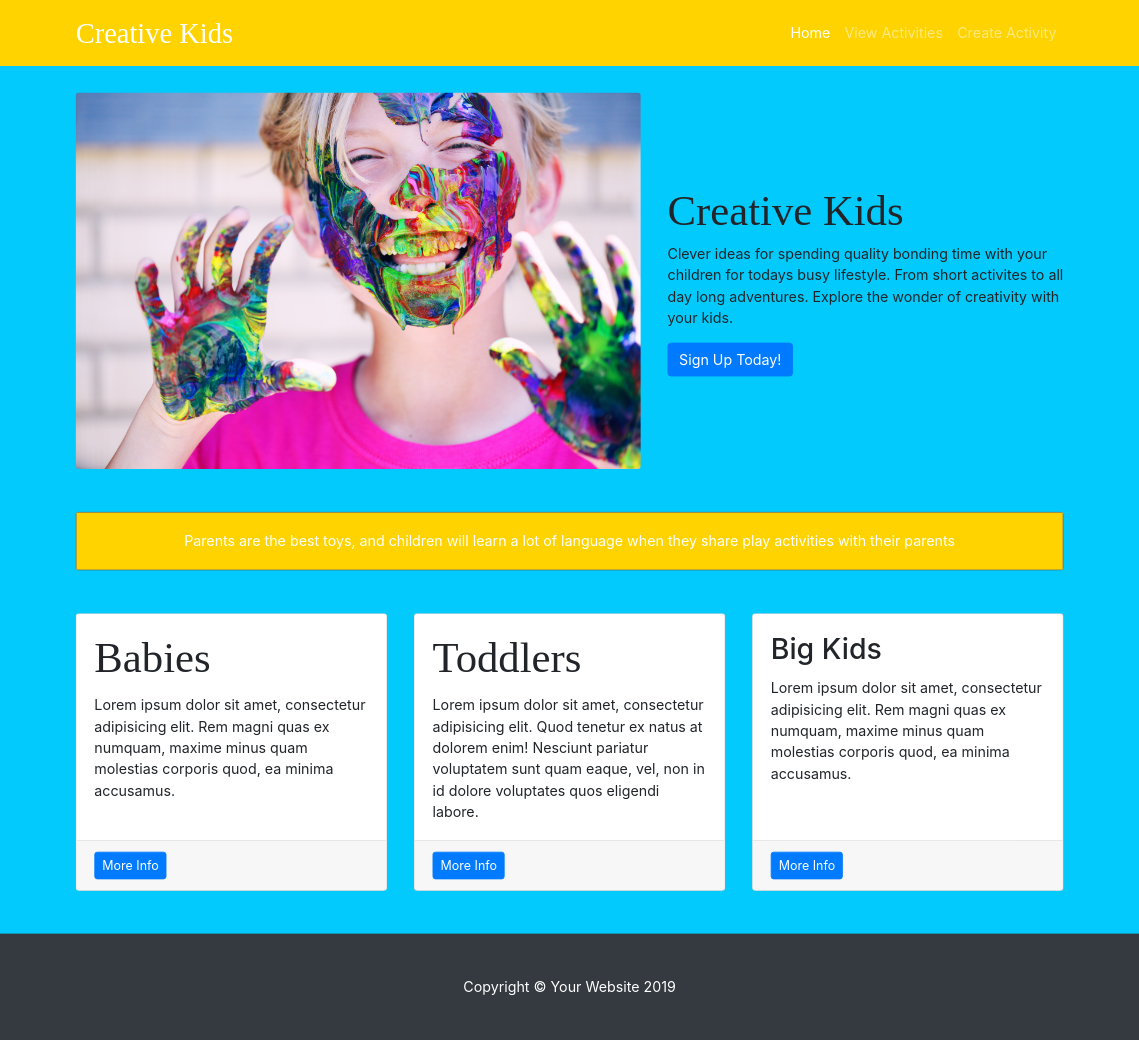
Repository: Neilfoster/milestone_project_3
Page: http://localhost/
The author's editor kept a record of every edit. The page is drawn from the files as they stood at one moment, then again after the next edit.
The browser window is 1280 px wide. The pictures show the whole page, at 89% of full size.
Some web fonts or font styles are not loaded; a fallback is used. Some web libraries are served in a nearby version. The page is served by the project's application, run on Flask 3 (app.py). Queries for data that is not in the repository find no rows.

Above is the page before.

After the next edit:
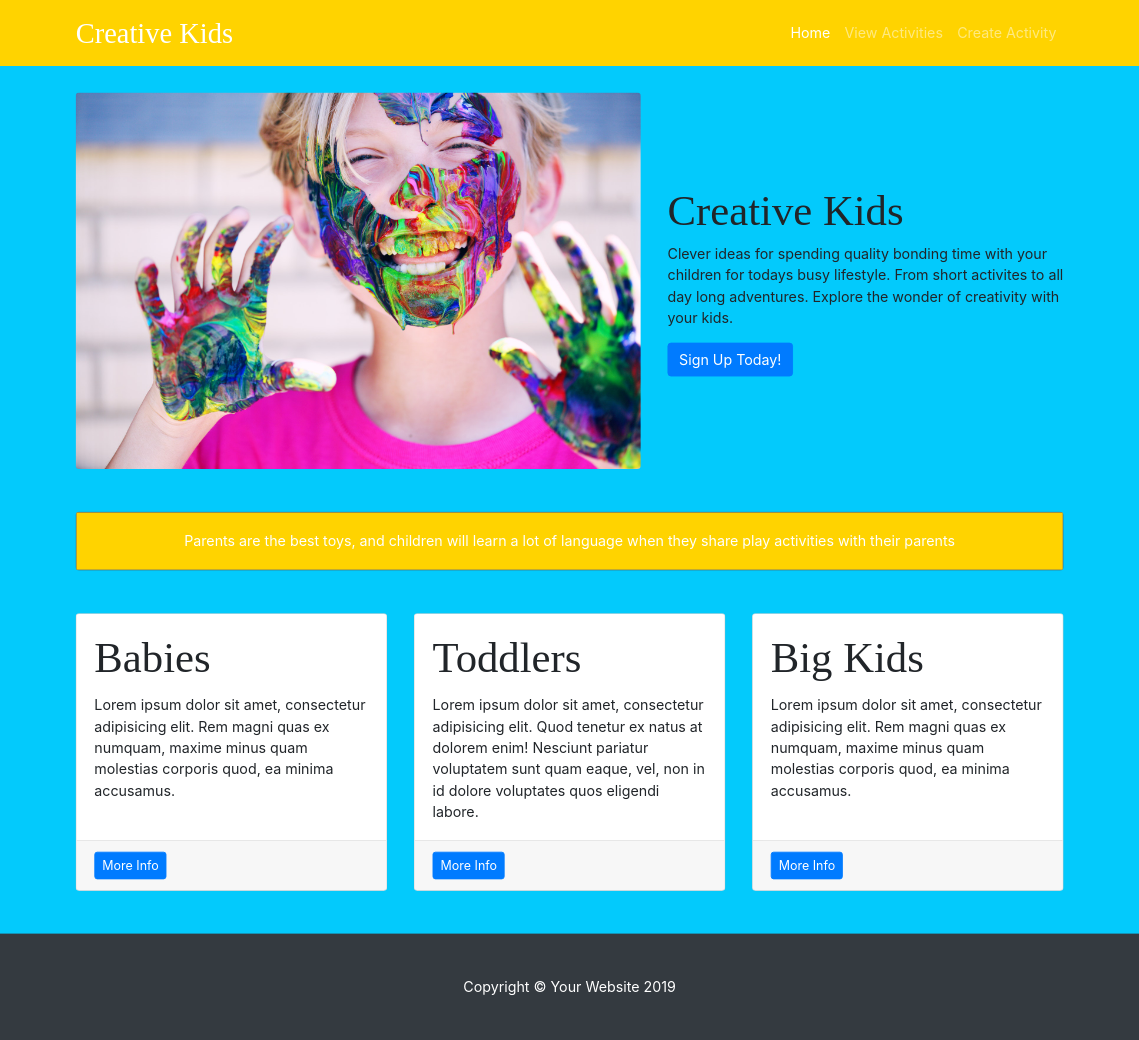
The edit:
--- a/templates/home.html
+++ b/templates/home.html
@@ -1,78 +1,77 @@
-{% extends "base.html" %}
-{% block content %}
+{% extends "base.html" %} {% block content %}
 
-  <!-- Page Content -->
-  <div class="container">
+<!-- Page Content -->
+<div class="container">
 
-    <!-- Heading Row -->
-    <div class="row align-items-center my-5">
-      <div class="col-lg-7">
-        <img class="img-fluid rounded mb-4 mb-lg-0" src="static/images/main-img.jpg" alt="kid with paint">
-      </div>
-      <!-- /.col-lg-8 -->
-      <div class="col-lg-5">
-        <h1 class="font-weight-light home_title">Creative Kids</h1>
-        <p>Clever ideas for spending quality bonding time with your children for todays busy lifestyle. From short activites to all day long adventures. Explore the wonder of creativity with your kids.</p>
-        <a class="btn btn-primary" href="#">Sign Up Today!</a>
-      </div>
-      <!-- /.col-md-4 -->
+  <!-- Heading Row -->
+  <div class="row align-items-center my-5">
+    <div class="col-lg-7">
+      <img class="img-fluid rounded mb-4 mb-lg-0" src="static/images/main-img.jpg" alt="kid with paint">
     </div>
-    <!-- /.row -->
+    <!-- /.col-lg-8 -->
+    <div class="col-lg-5">
+      <h1 class="font-weight-light home_title">Creative Kids</h1>
+      <p>Clever ideas for spending quality bonding time with your children for todays busy lifestyle. From short activites to all day long adventures. Explore the wonder of creativity with your kids.</p>
+      <a class="btn btn-primary" href="">Sign Up Today!</a>
+    </div>
+    <!-- /.col-md-4 -->
+  </div>
+  <!-- /.row -->
 
-    <!-- Call to Action Well -->
-    <div class="card text-white bg-secondary my-5  text-center">
-      <div class="card-body cstm_jumb_home">
-        <p class="text-white m-0">Parents are the best toys, and children will learn a lot of language when they share play activities with their parents</p>
+  <!-- Call to Action Well -->
+  <div class="card text-white bg-secondary my-5  text-center">
+    <div class="card-body cstm_jumb_home">
+      <p class="text-white m-0">Parents are the best toys, and children will learn a lot of language when they share play activities with their parents</p>
+    </div>
+  </div>
+
+  <!-- Content Row -->
+
+  <div class="row">
+    <div class="col-md-4 mb-5">
+      <div class="card h-100">
+        <div class="card-body">
+          <h2 class="card-title home_title">Babies</h2>
+          <p class="card-text">Lorem ipsum dolor sit amet, consectetur adipisicing elit. Rem magni quas ex numquam, maxime minus quam molestias corporis quod, ea minima accusamus.</p>
+        </div>
+        <div class="card-footer">
+          <a href="#" class="btn btn-primary btn-sm">More Info</a>
+        </div>
       </div>
     </div>
-
-    <!-- Content Row -->
-
-    <div class="row">
-      <div class="col-md-4 mb-5">
-        <div class="card h-100">
-          <div class="card-body">
-            <h2 class="card-title home_title">Babies</h2>
-            <p class="card-text">Lorem ipsum dolor sit amet, consectetur adipisicing elit. Rem magni quas ex numquam, maxime minus quam molestias corporis quod, ea minima accusamus.</p>
-          </div>
-          <div class="card-footer">
-            <a href="#" class="btn btn-primary btn-sm">More Info</a>
-          </div>
+    <!-- /.col-md-4 -->
+    <div class="col-md-4 mb-5">
+      <div class="card h-100">
+        <div class="card-body">
+          <h2 class="card-title home_title">Toddlers</h2>
+          <p class="card-text">Lorem ipsum dolor sit amet, consectetur adipisicing elit. Quod tenetur ex natus at dolorem enim! Nesciunt pariatur voluptatem sunt quam eaque, vel, non in id dolore voluptates quos eligendi labore.</p>
+        </div>
+        <div class="card-footer">
+          <a href="#" class="btn btn-primary btn-sm">More Info</a>
         </div>
       </div>
-      <!-- /.col-md-4 -->
-      <div class="col-md-4 mb-5">
-        <div class="card h-100">
-          <div class="card-body">
-            <h2 class="card-title home_title">Toddlers</h2>
-            <p class="card-text">Lorem ipsum dolor sit amet, consectetur adipisicing elit. Quod tenetur ex natus at dolorem enim! Nesciunt pariatur voluptatem sunt quam eaque, vel, non in id dolore voluptates quos eligendi labore.</p>
-          </div>
-          <div class="card-footer">
-            <a href="#" class="btn btn-primary btn-sm">More Info</a>
-          </div>
+    </div>
+    <!-- /.col-md-4 -->
+    <div class="col-md-4 mb-5">
+      <div class="card h-100">
+        <div class="card-body">
+          <h2 class="card-title home_title">Big Kids</h2>
+          <p class="card-text">Lorem ipsum dolor sit amet, consectetur adipisicing elit. Rem magni quas ex numquam, maxime minus quam molestias corporis quod, ea minima accusamus.</p>
+        </div>
+        <div class="card-footer">
+          <a href="#" class="btn btn-primary btn-sm">More Info</a>
         </div>
       </div>
-      <!-- /.col-md-4 -->
-      <div class="col-md-4 mb-5">
-        <div class="card h-100">
-          <div class="card-body">
-            <h2 class="card-title">Big Kids</h2>
-            <p class="card-text">Lorem ipsum dolor sit amet, consectetur adipisicing elit. Rem magni quas ex numquam, maxime minus quam molestias corporis quod, ea minima accusamus.</p>
-          </div>
-          <div class="card-footer">
-            <a href="#" class="btn btn-primary btn-sm">More Info</a>
-          </div>
-        </div>
-      </div>
-      <!-- /.col-md-4 -->
-
     </div>
-    <!-- /.row -->
+    <!-- /.col-md-4 -->
 
   </div>
-  <!-- /.container -->
+  <!-- /.row -->
 
-  {% endblock %}
+</div>
+<!-- /.container -->
+
+{% endblock %}
 </body>
 
 </html>
